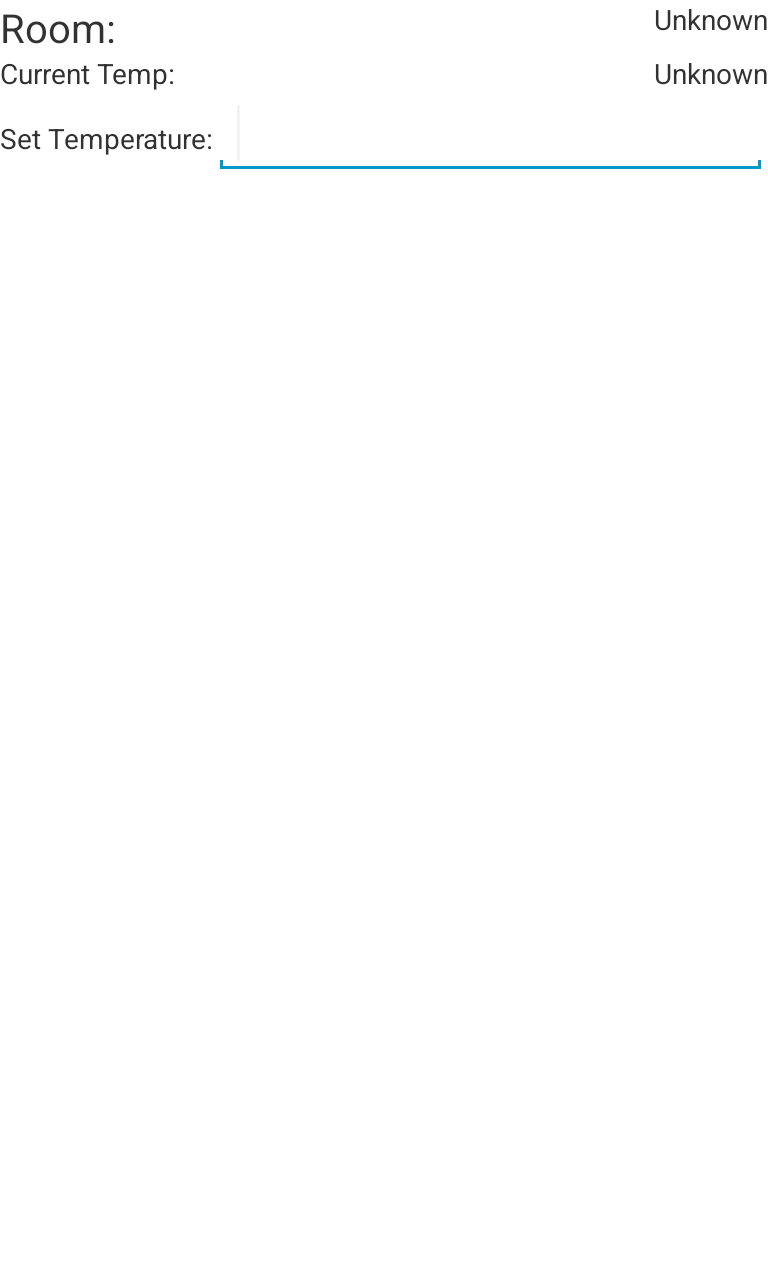
Repository: finerrecliner/SmartVent
Layout: SmartVent/res/layout/activity_main.xml
An editor plug-in stored every save of this project. The layout is shown before and after the next save, followed by the edit.
It is drawn on a 768 x 1280 px phone screen (xhdpi) without system bars, with theme AppTheme; the app's code is not run.

Above is the layout before, as saved 2013-11-02 18:05:55.

### SmartVent/res/layout/activity_main.xml
<LinearLayout xmlns:android="http://schemas.android.com/apk/res/android"
    xmlns:tools="http://schemas.android.com/tools"
    android:layout_width="match_parent"
    android:layout_height="match_parent"
    android:gravity="fill_vertical"
    android:orientation="vertical"
    tools:context=".RoomActivity" >

    <LinearLayout
		android:id="@+id/room_row"
        android:layout_width="match_parent"
        android:layout_height="wrap_content" >

	    <TextView
	        android:layout_width="wrap_content"
	        android:layout_height="wrap_content"
	        android:textSize="20sp"
	        android:text="@string/room_label" />

	    <TextView
	        android:id="@+id/room_val"
	        android:layout_width="fill_parent"
	        android:layout_height="wrap_content"
	        android:layout_gravity="right"
	        android:gravity="right"
	        android:text="@string/unknown" />

    </LinearLayout>

    <LinearLayout
        android:id="@+id/current_temp_row"
        android:layout_width="match_parent"
        android:layout_height="wrap_content" >

        <TextView
            android:layout_width="wrap_content"
            android:layout_height="wrap_content"
            android:text="@string/current_temp" />

        <TextView
            android:id="@+id/current_temp_val"
            android:layout_width="fill_parent"
            android:layout_height="wrap_content"
            android:layout_gravity="right"
            android:gravity="right"
            android:text="@string/unknown" />

    </LinearLayout>

    <LinearLayout
        android:id="@+id/set_temp_row"
        android:layout_width="match_parent"
        android:layout_height="wrap_content" >

        <TextView
            android:id="@+id/set_temp_label"
            android:layout_width="wrap_content"
            android:layout_height="wrap_content"
            android:text="@string/set_temperature" />

        <EditText
            android:id="@+id/set_temp_val"
            android:layout_width="0dp"
            android:layout_height="wrap_content"
            android:layout_weight="1"
            android:textSize="20sp"
            android:ems="10"
            android:inputType="number" >

            <requestFocus />
        </EditText>

    </LinearLayout>

</LinearLayout>

### SmartVent/res/values/strings.xml
<?xml version="1.0" encoding="utf-8"?>
<resources>

    <string name="app_name">SmartVent</string>
    <string name="hello_world">Hello world!</string>
    <string name="menu_settings">Settings</string>
    <string name="current_temp">Current Temp:</string>
    <string name="room_label">Room:</string>
    <string name="set_temperature">Set Temperature:</string>
    <string name="unknown">Unknown</string>

</resources>

Loaded but not shown: SmartVent/res/values/styles.xml (common file); SmartVent/res/values-v11/styles.xml (common file); SmartVent/res/values-v14/styles.xml (common file)

After the next save:
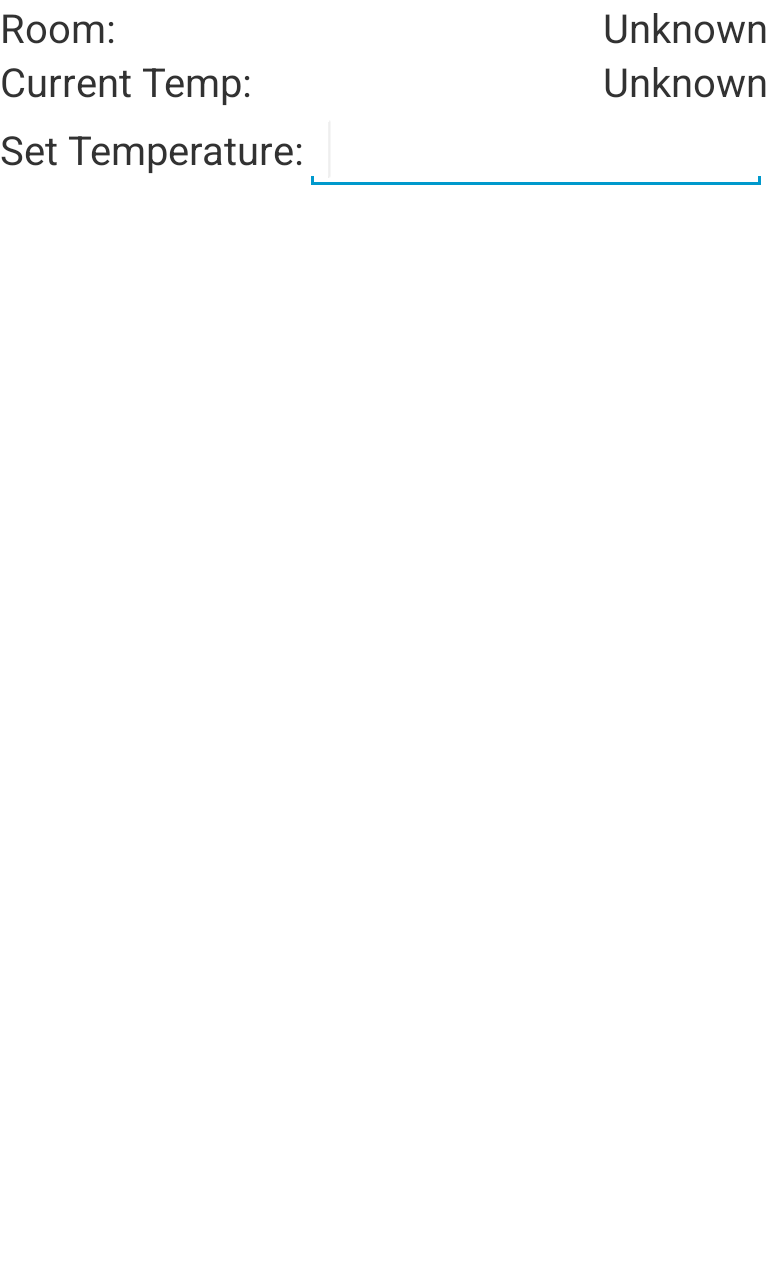
Saved 35 s later.
--- a/SmartVent/res/layout/activity_main.xml
+++ b/SmartVent/res/layout/activity_main.xml
@@ -23,6 +23,7 @@
 	        android:layout_height="wrap_content"
 	        android:layout_gravity="right"
 	        android:gravity="right"
+	        android:textSize="20sp"
 	        android:text="@string/unknown" />
 
     </LinearLayout>
@@ -35,6 +36,7 @@
         <TextView
             android:layout_width="wrap_content"
             android:layout_height="wrap_content"
+            android:textSize="20sp"
             android:text="@string/current_temp" />
 
         <TextView
@@ -43,6 +45,7 @@
             android:layout_height="wrap_content"
             android:layout_gravity="right"
             android:gravity="right"
+            android:textSize="20sp"
             android:text="@string/unknown" />
 
     </LinearLayout>
@@ -56,6 +59,7 @@
             android:id="@+id/set_temp_label"
             android:layout_width="wrap_content"
             android:layout_height="wrap_content"
+            android:textSize="20sp"
             android:text="@string/set_temperature" />
 
         <EditText
